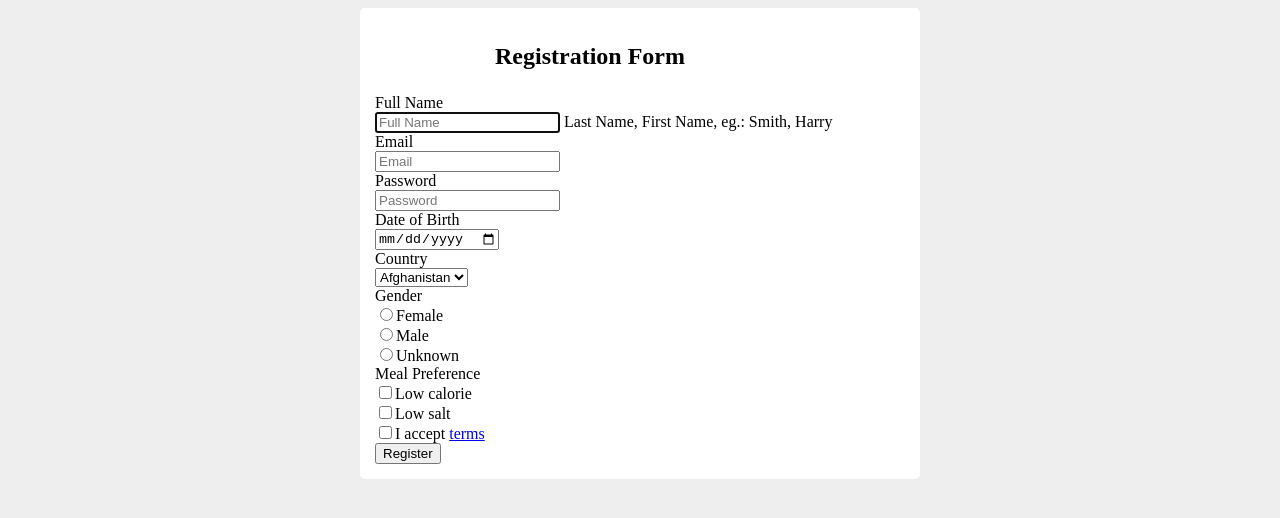
Repository: irfanhabib0/Final-JustBlog
Page: JustBlogFrontEnd/WebContent/user/registration.html
These files come from the project's save history. The page is drawn as it stood at one moment and after the next save; the edit follows.
The browser window is 1280 px wide. The pictures show the whole page.

Above is the page before, as saved 2017-05-19 10:16:22.

After the next save:
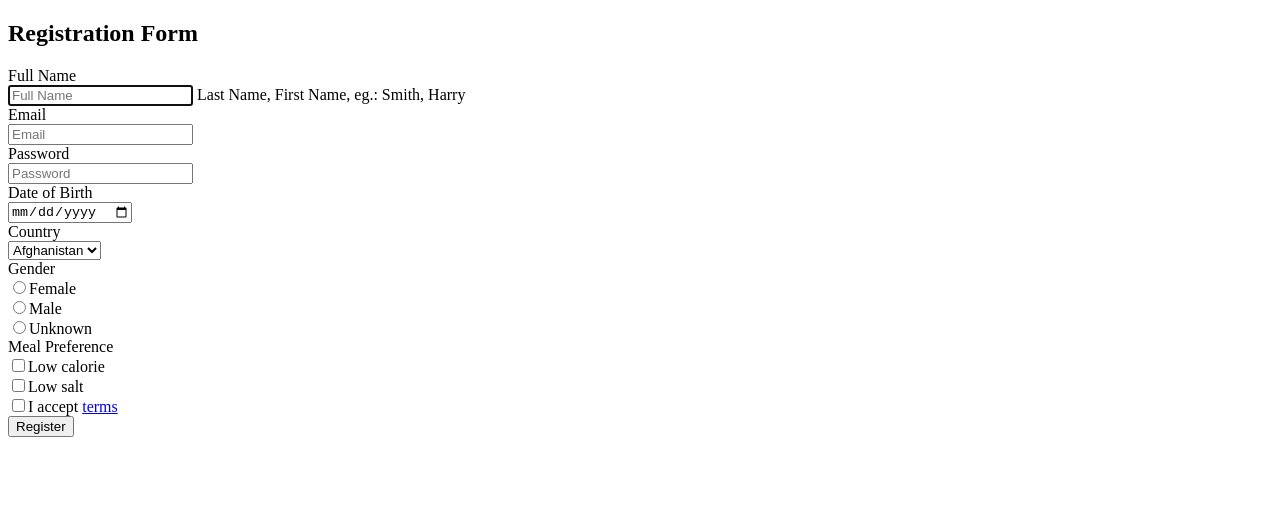
Saved 43 min 18 s later.
--- a/JustBlogFrontEnd/WebContent/user/registration.html
+++ b/JustBlogFrontEnd/WebContent/user/registration.html
@@ -4,25 +4,6 @@
 <meta charset="ISO-8859-1">
 <title>Insert title here</title>
 
-
-	<style>
-	body {
-    background-color: #eee;
-}
-
-*[role="form"] {
-    max-width: 530px;
-    padding: 15px;
-    margin: 0 auto;
-    background-color: #fff;
-    border-radius: 0.3em;
-}
-
-*[role="form"] h2 {
-    margin-left: 5em;
-    margin-bottom: 1em;
-}
-</style>
 </head>
 <body>
 <div class="container">
